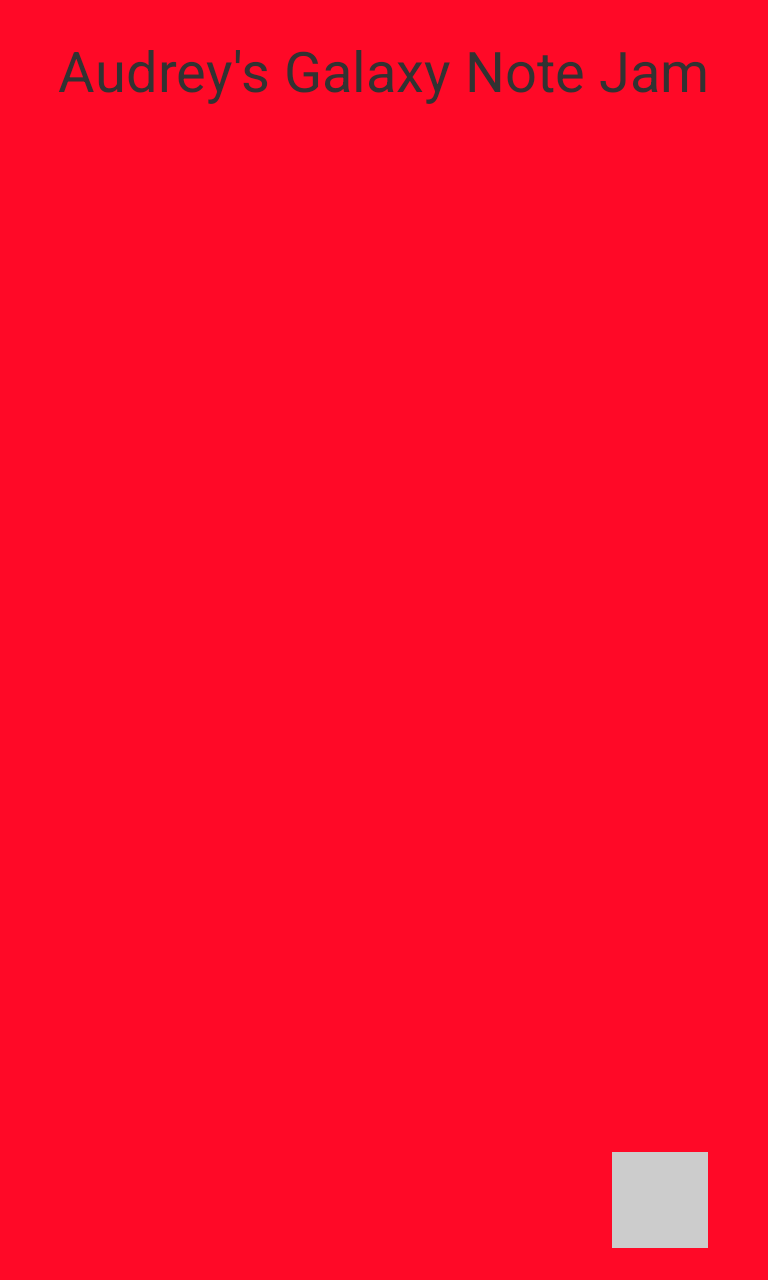
Repository: JayThomason/Tutti
Layout: tuttiUI/tuttiUI/res/layout/activity_view_jam.xml
An editor plug-in stored every save of this project. The layout is shown before and after the next save, followed by the edit.
It is drawn on a 768 x 1280 px phone screen (xhdpi) without system bars, with theme AppTheme; the app's code is not run. Lists and similar views that code fills are empty.

Above is the layout before, as saved 2014-03-09 08:25:10.

After the next save:
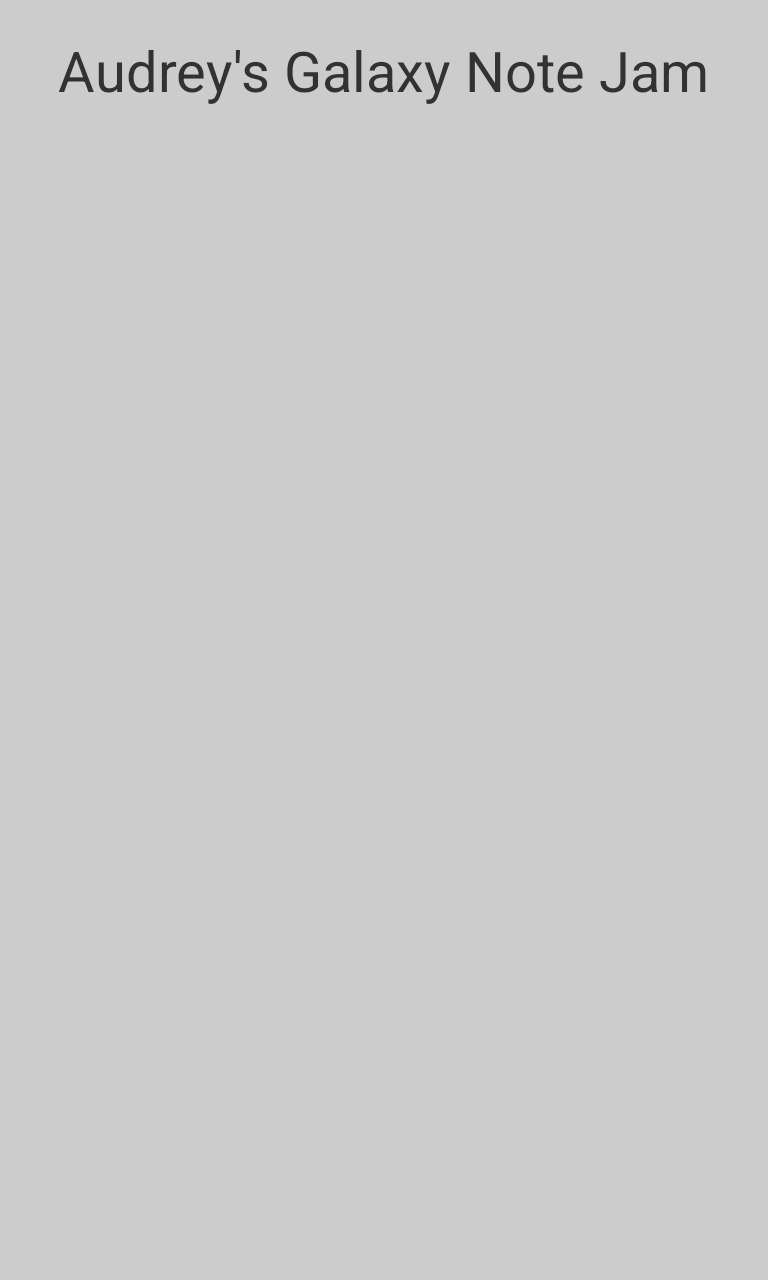
Saved 4 s later.
--- a/tuttiUI/tuttiUI/res/layout/activity_view_jam.xml
+++ b/tuttiUI/tuttiUI/res/layout/activity_view_jam.xml
@@ -6,7 +6,7 @@
     android:paddingLeft="@dimen/activity_horizontal_margin"
     android:paddingRight="@dimen/activity_horizontal_margin"
     android:paddingTop="@dimen/activity_vertical_margin"
-    android:background="#FF0927"
+    android:background="#CCCCCC"
     tools:context=".ViewJamActivity" >
 
     <TextView
